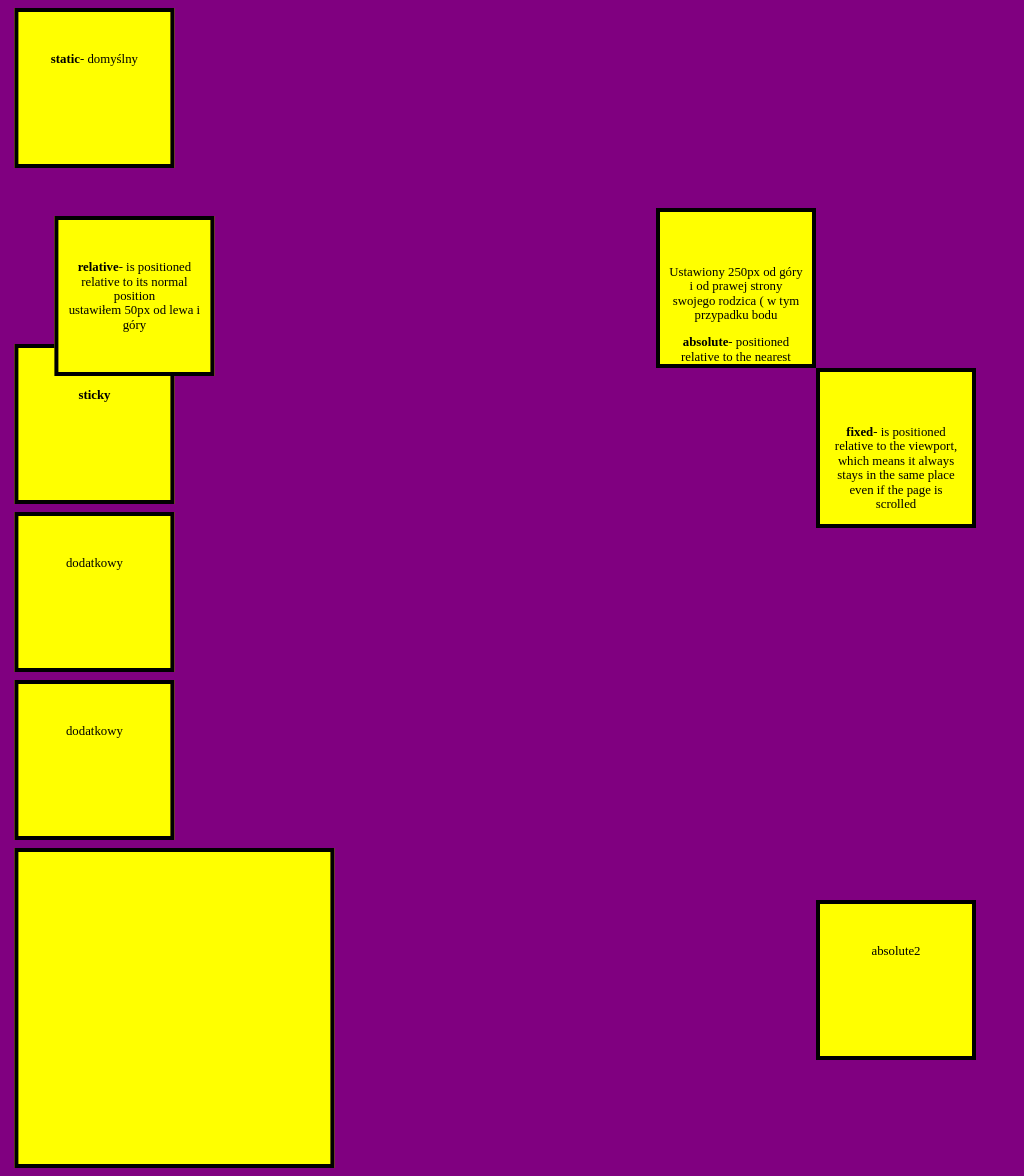
Repository: quenrythane/homepage
Page: CSS positions/CSS-positions.html
The author's editor kept a copy of each file at every save. The page is drawn from the files as they stood at one save, then again after the next save.
The browser window is 1280 px wide. The pictures show the whole page, at 80% of full size.

Above is the page before, as saved 2020-10-11 04:04:48.

### CSS positions/CSS-positions.html
<!DOCTYPE html>
<html lang="en">
<head>
    <meta charset="UTF-8">
    <meta name="viewport" content="width=device-width, initial-scale=1.0">
    <title>CSS-positions</title>
    <link href="CSS-positions.css " rel="stylesheet" type="text/css">
</head>
<body >
    <div class="box static"><b>static</b>- domyślny</div>
    <div class="box relative"><b>relative</b>- is positioned relative to its normal position<br>
    ustawiłem 50px od lewa i góry</div>
    <div class="box fixed">
        <p><b>fixed</b>- is positioned relative to the viewport, which means it always stays in the same place even if the page is scrolled</p>
        <p>A fixed element does not leave a gap in the page where it would normally have been located</p>
        <p> Czyli ogólnie strona załaduje go w to miejsce jakby strona normalnie się ładowała i na koniec tak jakby przy klei go w to miejsce na ekranie, przez co nawet jak będziemy przewijać stronę to zostanie w tym samym miejscu ekranu (nie zmieni miejsca ani w wysokości ani w szerokośći)</p>
        <p> Chyba, że nadamy mu miejsce w którym ma się znaleźć, wtedy tak jakby nie jest brany pod uwagę w wstępnym layoucie strony, tylko dodawany na sam koniec (ja go ustawię w miejsce w prawym rogu po 50px od krawędzi)</p>
    </div>
    <div class="box absolute">
        <p>Ustawiony 250px od góry i od prawej strony swojego rodzica ( w tym przypadku bodu</p>
        <p><b>absolute</b>- positioned relative to the nearest positioned ancestor (instead of positioned relative to the viewport, like fixed).</p>

       <p> However; if an absolute positioned element has no positioned ancestors, it uses the document body, and moves along with page scrolling.</p>
        </div>
    <div class="box sticky"><b>sticky</b></div>

    <div class="box">dodatkowy</div>
    <div class="box">dodatkowy</div>
    <div class="box box2">
        <div class="box absolute2">absolute2</div>
    </div>

</body>
</html>

### CSS positions/CSS-positions.css
body {
    background: purple;
}

.box{
    box-sizing: border-box;
    background: yellow;
    width: 200px;
    height: 200px ;
    margin: 10px;
    text-align: center;
    padding: 10px ;
    padding-top: 50px;
    border: solid black 5px;
    overflow: scroll;
}

.box2 {
    width: 400px;
    height: 400px;
}

.static{
    position: static;
}

.relative{
    position: relative;
    left: 50px;
    top: 50px;
}

.fixed{
    position: fixed;
    right: 50px;
    bottom: 50px;
}

.absolute{
    position: absolute;
    right: 250px;
    top: 250px;
}

.absolute2 {
    position: absolute;
    right: 50px;
}

.sticky{

}

After the next save:
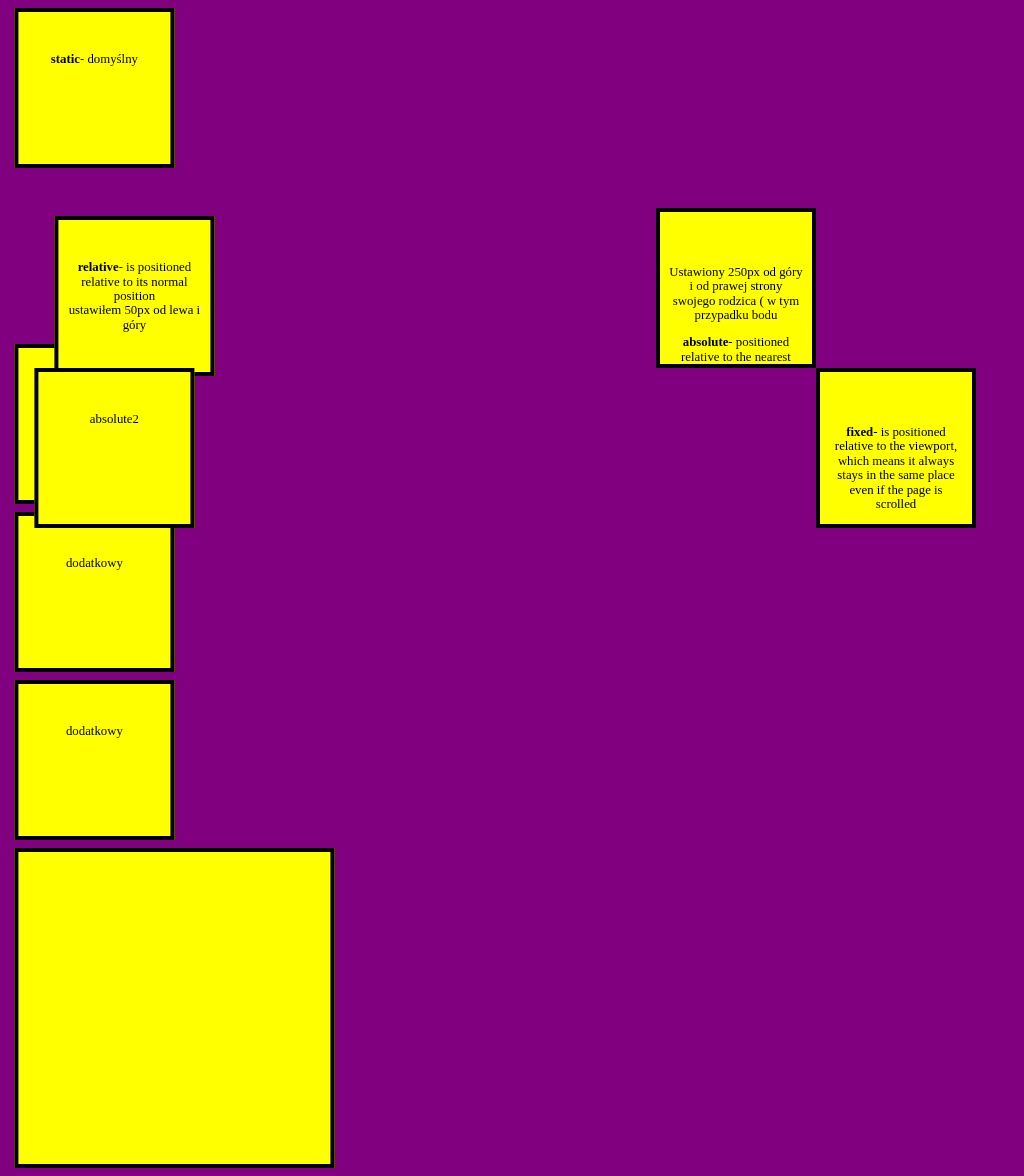
Saved 57 s later.
--- a/CSS positions/CSS-positions.css
+++ b/CSS positions/CSS-positions.css
@@ -44,7 +44,7 @@ body {
 
 .absolute2 {
     position: absolute;
-    right: 50px;
+    bottom: 50px;
 }
 
 .sticky{
